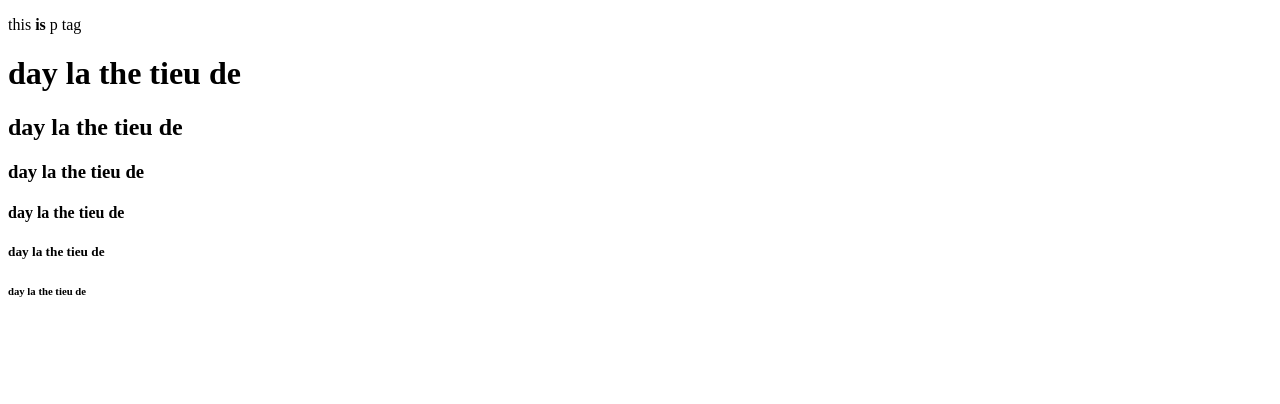
Repository: quocanh1010/quocanh1010.github.io
Page: Front End bai 1 2/index.html
The author's editor kept a copy of each file at every save. The page is drawn from the files as they stood at one save, then again after the next save.
The browser window is 1280 px wide. The pictures show the whole page.

Above is the page before, as saved 2021-04-16 19:02:10.

After the next save:
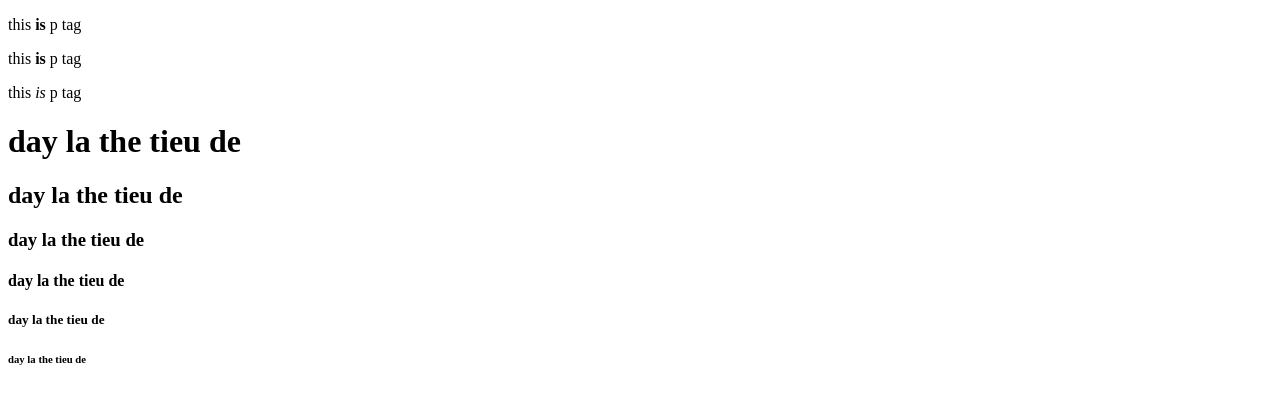
Saved 47 s later.
--- a/Front End bai 1 2/index.html
+++ b/Front End bai 1 2/index.html
@@ -11,6 +11,8 @@
 <body>
 
     <p>this <strong>is</strong> p tag</p>
+    <p>this <b>is</b> p tag</p>
+    <p>this <i>is</i> p tag</p>
     <h1>day la the tieu de</h1>
     <h2>day la the tieu de</h2>
     <h3>day la the tieu de</h3>
